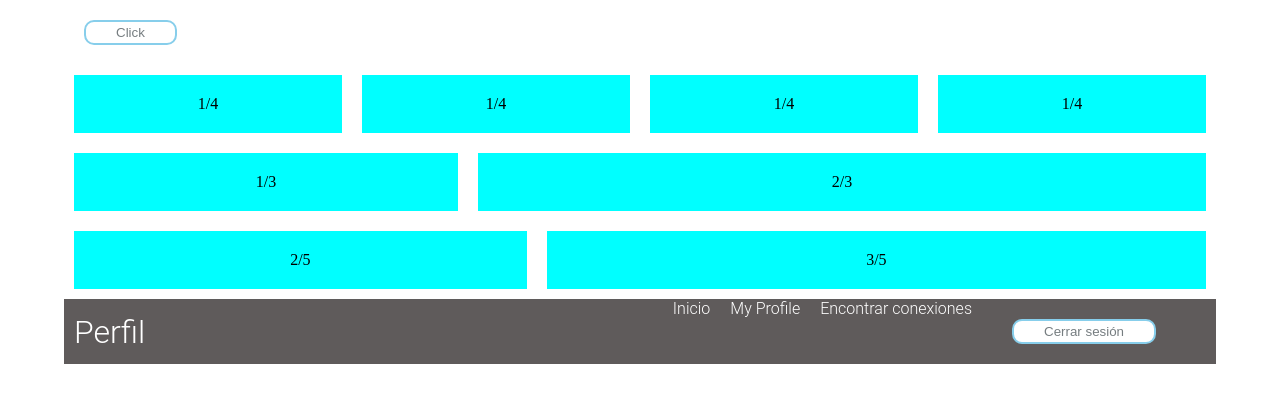
Repository: Fredy452/202306_css
Page: Opcional/Css_Library/index.html
These files come from the project's save history. The page is drawn as it stood at one moment and after the next save; the edit follows.
The browser window is 1280 px wide. The pictures show the whole page.

Above is the page before, as saved 2023-06-23 13:11:38.

### Opcional/Css_Library/index.html
<!DOCTYPE html>
<html lang="en">
<head>
    <meta charset="UTF-8">
    <meta name="viewport" content="width=device-width, initial-scale=1.0">
    <title>Library Css</title>
    <link rel="stylesheet" href="css/dojo.css">
</head>
<body>
    <div class="container">
        <button class="btn">Click</button>

        <div class="row">
            <div class="col">1/4</div>
            <div class="col">1/4</div>
            <div class="col">1/4</div>
            <div class="col">1/4</div>
        </div>
        <div class="row">
            <div class="col">1/3</div>
            <div class="col-2">2/3</div>
        </div>
        <div class="row">
            <div class="col-2">2/5</div>
            <div class="col-3">3/5</div>
        </div>

        <div class="nav">
            <h1 class="nav-title">Perfil</h1>
            <ul class="nav-links">
                <li><a href="#">Inicio</a></li>
                <li><a href="#" class="active">My Profile</a></li>
                <li><a href="#">Encontrar conexiones</a></li>
                <li><button class="btn">Cerrar sesión</button></li>
            </ul>
        </div>
    </div>
</body>
</html>

### Opcional/Css_Library/css/dojo.css
/* CSS reset */
* {
    margin: 0;
    padding: 0;
    box-sizing: border-box;
}

/* Clase fixed-width container que se "autocentrará" a sí misma */
.container {
    width: 90%;
    margin: 0 auto;
}

.btn{
    background-color:white;
    padding: 3px 30px;
    border-radius: 10px;
    border-color: aqua;
    border:none;
    border: 2px solid skyblue;
    color: rgb(118, 125, 128);
    margin: 20px;
}
.btn:hover{
    border: none;
    background-color: skyblue;
}

.row{
    display: flex;

}
.col{
    background-color: aqua;
    padding: 20px;
    margin: 10px;
    flex: 1;
    text-align: center;
}
.col-2{
    background-color: aqua;
    padding: 20px;
    margin: 10px;
    flex: 2;
    text-align: center;
}
.col-3{
    background-color: aqua;
    padding: 20px;
    margin: 10px;
    flex: 3;
    text-align: center;
}
/* Navbar */
.nav{
    display: flex;
    align-items:center;
    justify-content: space-between;
    /* width: 900px; */
    margin: 0 auto;
    background-color:#5f5b5b;
    font-family: 'Roboto', sans-serif;
}
h1{
    color:white;
    margin: 0;
    margin-left: 10px;
    font-weight: 300;
}
ul{
    display: flex;
}
ul, li{
    list-style: none;
    margin-right: 20px;
}
ul,li, a{
    text-decoration: none;
    color: white;
    font-weight: 300;
}

After the next save:
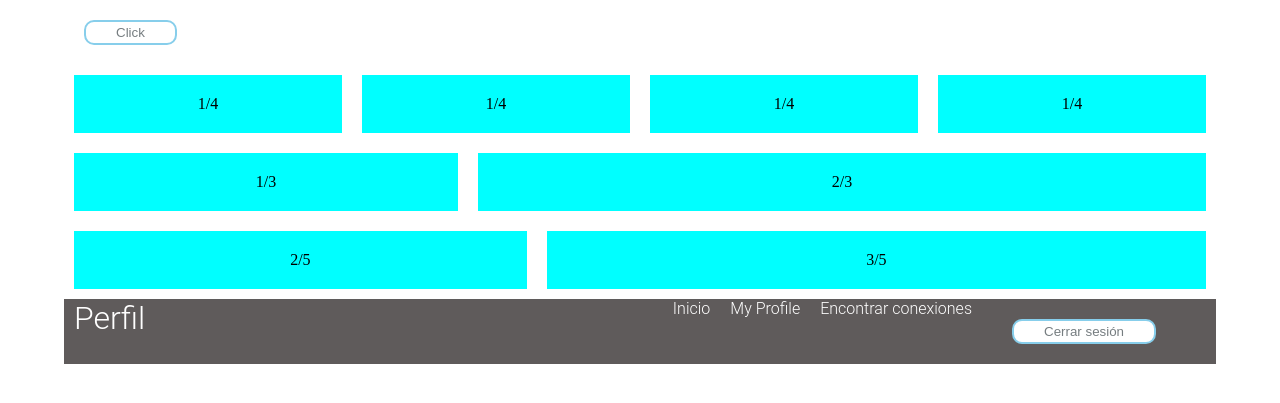
Saved 60 s later.
--- a/Opcional/Css_Library/css/dojo.css
+++ b/Opcional/Css_Library/css/dojo.css
@@ -54,10 +54,8 @@
 /* Navbar */
 .nav{
     display: flex;
-    align-items:center;
+    /* align-items:center; */
     justify-content: space-between;
-    /* width: 900px; */
-    margin: 0 auto;
     background-color:#5f5b5b;
     font-family: 'Roboto', sans-serif;
 }
